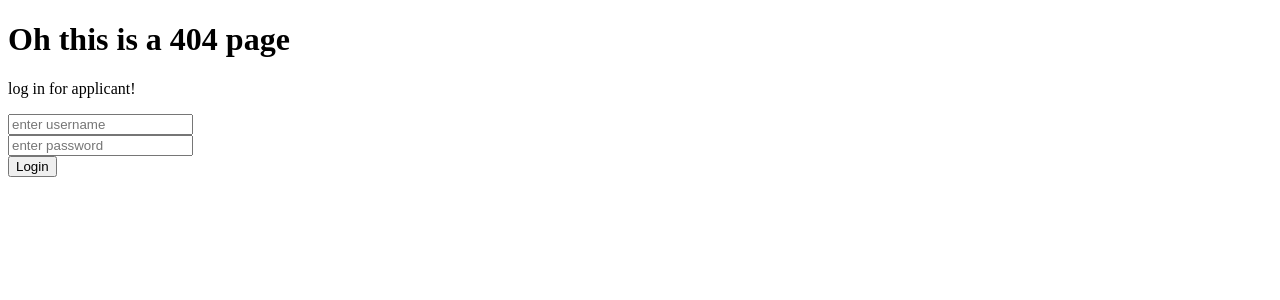
Repository: 2001usfpega/ZhenJ-code
Page: Project1/Showmethemoney/src/main/webapp/resources/html/404.html
The author's editor kept a copy of each file at every save. The page is drawn from the files as they stood at one save, then again after the next save.
The browser window is 1280 px wide. The pictures show the whole page.

Above is the page before, as saved 2020-02-09 16:53:47.

### Project1/Showmethemoney/src/main/webapp/resources/html/404.html
<!DOCTYPE html>
<html>
<head>
<meta charset="UTF-8">
<title>Insert title here</title>
</head>
<body>

<H1>Oh this is a 404 page </H1>

<div class="login-container">
		<!-- FRONT CONTROLLER EXAMPLE -->


		<form method="post" action="/Showmethemoney/homepage">
			<p>log in for applicant!</p>
			<input placeholder="enter username" name="username-applicant" /><br>
			<input placeholder="enter password" name="password-applicant" /><br>
			<input type="submit" value="Login" />
		</form>


	</div>
</body>
</html>

After the next save:
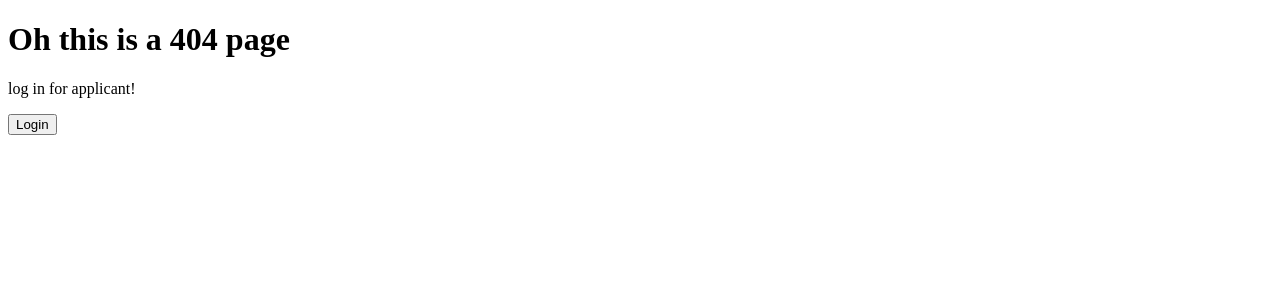
Saved 5 s later.
--- a/Project1/Showmethemoney/src/main/webapp/resources/html/404.html
+++ b/Project1/Showmethemoney/src/main/webapp/resources/html/404.html
@@ -14,8 +14,7 @@
 
 		<form method="post" action="/Showmethemoney/homepage">
 			<p>log in for applicant!</p>
-			<input placeholder="enter username" name="username-applicant" /><br>
-			<input placeholder="enter password" name="password-applicant" /><br>
+
 			<input type="submit" value="Login" />
 		</form>
 
